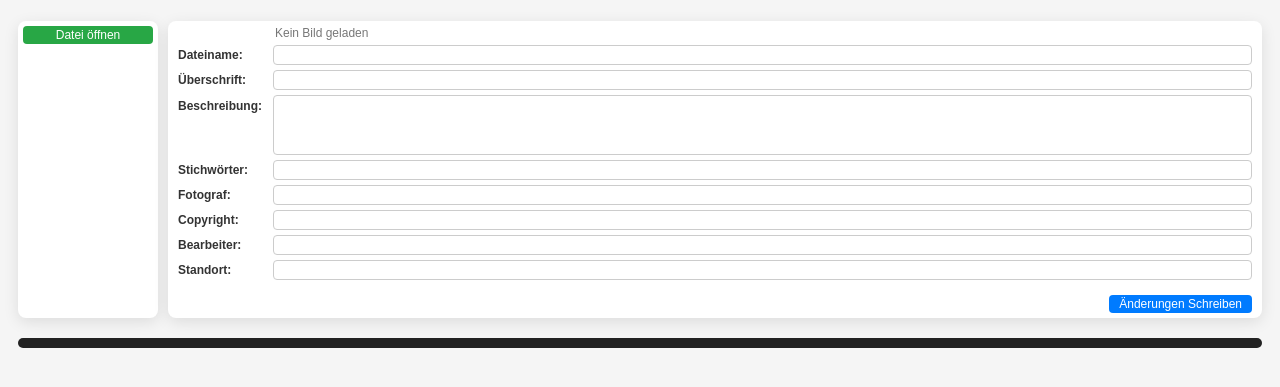
Repository: h-fahle/metadata
Page: ui/index.html
The author's editor kept a copy of each file at every save. The page is drawn from the files as they stood at one save, then again after the next save.
The browser window is 1280 px wide. The pictures show the whole page.

Above is the page before, as saved 2026-08-17 18:15:26.

### ui/index.html
<!DOCTYPE html>
<html lang="de">

<head>
	<meta charset="UTF-8">
	<title>Tauri ExifTool Test</title>
	<link rel="stylesheet" href="style.css">
</head>

<body>

	<div class="main-container">

		<!-- Das Vorschaubild links -->
		<div id="sidebar">
			<button id="file-open" onclick="dateiAuswählen()">Datei öffnen</button>

<!-- 			<select id="menue-oeffnen" onchange="menueAktion(this)" >
				<option value="dateien">🖼️ Bilder öffnen...</option>
				<option value="ordner">📁 Ordner öffnen...</option>
			</select>
 -->
			<img id="vorschau-bild" src="" style="display:none;" />
			<div id="bild-info" style="text-align:center;">
				<span id="img-nummer"></span><br>
				<span id="img-datum"></span><br>
				<span id="img-groesse"></span>
			</div>
		</div>

		<!-- Das Formular rechts -->
		<form action="" method="post">

			<div id="ordner-pfad">Kein Bild geladen</div>

			<p>
				<label for="filename">Dateiname:</label>
				<input type="text" id="filename" name="filename" title="Im Einzelmodus: Änderung des Dateinamens bewirkt Umbenennung der Datei.
Im Stapelmodus: Ordnername is nicht änderbar." />
			</p>
			<p>
				<label for="caption">Überschrift:</label>
				<input type="text" id="caption" name="caption" title="Auch (Dokument-)Titel, Schlagzeile, Headline" />
			</p>
			<p>
				<label for="description">Beschreibung:</label>
				<textarea id="description" name="description" style="min-height: 60px;" title="Beschreibender Text in beliebiger Länge.
(Im Stapelmodus wird der eingegebene Text an vorhandenen angehängt.)
Hinweis: Einige Programme zeigen nur 2.000 Zeichen oder auch weniger an."></textarea>
			</p>
			<p>
				<label for="keywords">Stichwörter:</label>
				<input type="text" id="keywords" name="keywords" title="Komma-separierte Liste. Groß-/Kleinschreibung beachten.
Im Stapelmodus werden die eingegebenen Stichwörter an vorhandene angehängt." />
			</p>
			<p>
				<label for="creator">Fotograf:</label>
				<input type="text" id="creator" name="creator" title="Urheber, Ersteller, Autor
(Tags: Artitst, Creator, By-line)" />
			</p>
			<p>
				<label for="copyright">Copyright:</label>
				<input type="text" id="copyright" name="copyright" title="Urheberrechtshinweis; enthält in der Regel:
Name des Fotografen, Aufnahmejahr und Nutzungsrechte;
(z.B. 'Copyright [1975] [Mustermann], Alle Rechte vorbehalten')" />
			</p>
			<p>
				<label for="editor">Bearbeiter:</label>
				<input type="text" id="editor" name="editor" title="Verfasser der Metadaten
(Tags: Caption Writer, Writer Editor)" />
			</p>
			<p>
				<label for="position">Standort:</label>
				<input type="text" id="position" name="position" title="GPS-Koordinaten in Dezimalgrad (51.49129, 8.43317).
Ermitteln der Koordinaten in der Google Maps-Karte:
  1. mit rechter Maustaste auf den Standort klicken,
  2. auf die angezeigten Koordinaten klicken,
  3. der so gespeicherte Wert kann dann mit Strg+V kopiert werden." />
			</p>

			<!-- NEU: Der Speichern-Button am Ende des Formular-Containers -->
			<div style="text-align: right; margin-top: 15px;">
				<button onclick="exifSchreiben(event)" style="background: #007BFF;">Änderungen Schreiben</button>
			</div>

		</form>
	</div> <!-- Ende des main-containers -->

	<div id="ausgabe"></div>

	<script>

		let aktuellerBildPfad = "";

		async function dateiAuswählen() {
			try {
				const ergebnis = await window.__TAURI__.core.invoke('plugin:dialog|open', {
					options: {
						title: 'Bilddatei für ExifTool auswählen',
						directory: false,
						multiple: false,
						filters: [
							{ name: 'Bilder', extensions: ['jpg', 'jpeg', 'png', 'gif', 'tif', 'tiff', 'webp', 'avif', 'heic', 'heif'] }
						]
					}
				});

				// Wenn der Nutzer nicht abgebrochen hat (ergebnis ist nicht null)
				if (ergebnis) {
					// Falls das Ergebnis ein Objekt ist (z.B. { path: "..." }), holen wir den Pfad heraus,
					// ansonsten nehmen wir den String direkt.
					const pfad = typeof ergebnis === 'object' ? ergebnis.path : ergebnis;

					aktuellerBildPfad = pfad;

					// Sofort automatisch die Metadaten einlesen!
					exifAuslesen();
				}
			} catch (fehler) {
				document.getElementById("ausgabe").innerHTML = "<span style='color: red;'>Dialog-Fehler: " + fehler + "</span>";
			}
		}

		async function exifAuslesen() {
			const pfad = aktuellerBildPfad;
			const ausgabe = document.getElementById("ausgabe");
			const vorschauImg = document.getElementById("vorschau-bild");


			ausgabe.innerText = "Rufe ExifTool auf...";

			try {
				// 1. Metadaten über Rust holen
				const jsonText = await window.__TAURI__.core.invoke('lese_bild_metdaten', { dateipfad: pfad });
				const datenObjekt = JSON.parse(jsonText)[0]; 	// Das 1. JSON-Objekt im JSON-Array in JS-Objekt umwandeln

				document.getElementById('img-nummer').innerText = '# 0/0';
				let datum = datenObjekt.DateTimeOriginal;
				if (typeof datum === 'undefined') {
					datum = '(unbekannt)';
				}
				document.getElementById('img-datum').innerText = '\u{1F4F7} ' + datum || '';
				document.getElementById('img-groesse').innerText = '⤢ ' + datenObjekt.ImageSize || '';

				document.getElementById('filename').value = datenObjekt.FileName || '';
				document.getElementById('caption').value = datenObjekt.CMB_Caption || '';
				document.getElementById('description').value = datenObjekt.Description || '';
				document.getElementById('keywords').value = datenObjekt.Keywords || '';
				document.getElementById('creator').value = datenObjekt.Creator || '';
				document.getElementById('copyright').value = datenObjekt.Copyright || '';
				document.getElementById('editor').value = datenObjekt.CMB_Editor || '';
				document.getElementById('position').value = datenObjekt.GPSPosition || '';

				const vollerPfad = pfad;
				// Erkennt automatisch Linux-Schrägstriche (/) und Windows-Backslashes (\)
				const letzterSlash = Math.max(vollerPfad.lastIndexOf('/'), vollerPfad.lastIndexOf('\\'));
				let ordner = "Unbekannt";
				if (letzterSlash !== -1) {
					ordner = vollerPfad.substring(0, letzterSlash);
				}
				// Den berechneten Ordnerpfad in das neue Label schreiben
				document.getElementById('ordner-pfad').innerText = ordner;

				// Wir nehmen das erste Element der Liste (ExifTool liefert immer ein Array)
				// und stellen es schön formatiert im Browser dar
				// ausgabe.innerText = JSON.stringify(datenObjekt[0], null, 2);
				ausgabe.innerText = jsonText;

				// Wir fragen Rust nach dem besten Weg für das Bild
				const vorschauErgebnis = await window.__TAURI__.core.invoke('hole_vorschaubild', { dateipfad: pfad });

				if (vorschauErgebnis === "STANDARD") {
					// Normales JPG/PNG über das Asset-Protokoll
					const assetUrl = window.__TAURI__.core.convertFileSrc(pfad);
					vorschauImg.src = assetUrl + "?t=" + new Date().getTime();
				} else if (vorschauErgebnis.startsWith("data:[embedded picture, 23 characters]")) {
					// TIF/TIFF über den im RAM kompilierten Rust-Wandler
					vorschauImg.src = vorschauErgebnis;
				}

				vorschauImg.style.display = "block";

			} catch (fehler) {
				ausgabe.innerHTML = "<span style='color: red;'>Fehler: " + fehler + "</span>";
				vorschauImg.style.display = "none";
				infoText.innerText = "Fehler beim Laden";
			}
		}

		async function exifSchreiben(ereignis) {
			if (ereignis) ereignis.preventDefault();  // verbietet dem Browser den automatischen Seiten-Reset!

			const pfad = aktuellerBildPfad;
			const ausgabe = document.getElementById("ausgabe");

			ausgabe.innerText = "Speichere Daten über ExifTool...";

			// Wir sammeln alle aktuellen Werte aus den Eingabefeldern ein
			const daten = {
				dateipfad: pfad,
				filename: document.getElementById('filename').value,
				caption: document.getElementById('caption').value,
				description: document.getElementById('description').value,
				keywords: document.getElementById('keywords').value.split(',').map(s => s.trim()).join(', '),
				creator: document.getElementById('creator').value,
				copyright: document.getElementById('copyright').value,
				editor: document.getElementById('editor').value,
				gps: document.getElementById('position').value
			};

			try {
				// Wir schicken das gesamte Paket an die Rust-Funktion 'schreibe_bild_metdaten'
				const antwort = await window.__TAURI__.core.invoke('schreibe_bild_metdaten', daten);

				// Bei Erfolg zeigen wir die Meldung in grüner Schrift an
				ausgabe.innerHTML = "<span style='color: #00ff00;'>" + antwort + "</span>";

				// 2. Da der Pfad dank preventDefault() jetzt bombenfest im Feld stehen bleibt,
				// funktioniert das Neuladen nun augenblicklich und fehlerfrei!
				await exifAuslesen();

			} catch (fehler) {
				// Falls etwas schiefgeht (z.B. Datei schreibgeschützt), zeigen wir den Fehler an
				ausgabe.innerHTML = "<span style='color: red;'>Fehler beim Speichern: " + fehler + "</span>";
			}
		}

	</script>
</body>

</html>

### ui/style.css
body {
	font-family: sans-serif;
	font-size:12px;
	padding: 3px 10px;
	background: #f5f5f5;
}

button {
	padding: 2px 10px;
	font-size: 12px;
	cursor: pointer;
	background: #28a745;
	color: white;
	border: none;
	border-radius: 4px;
}
select {
	-moz-appearance: none;
	-webkit-appearance: none;
	appearance: none;
	border: none;
	border-radius: 4px;
	background: #28a745;
	color: white;
	width: 120px;
}

#ausgabe {
	margin-top: 20px;
	background: #222;
	color: #00ff00;
	padding: 5px;
	border-radius: 5px;
	font-family: monospace;
	white-space: pre-wrap;
	overflow-x: auto;
}
input#bildpfad {
	width: 350px;
}

/* Der neue Haupt-Container für die Nebeneinander-Ausrichtung */
.main-container {
	margin-top: 10px;
	display: flex;
	flex-direction: row;  /* Elemente nebeneinander */
	gap: 10px;            /* Abstand zwischen Bild und Formular */
	width: 100%;
	box-sizing: border-box;
}

/* Styling für den Bild-Bereich */
#sidebar {
	width: 130px;
	min-width: 130px;
	display: flex;
	flex-direction: column;
  	align-items: center;
  	justify-content: flex-start;
	padding: 5px;
	background-color: #ffffff;
	border-radius: 8px;
	box-shadow: 0 4px 15px rgba(0, 0, 0, 0.1);
}
#file-open {
	 width: 130px;
	 margin-bottom: 10px;
}
#vorschau-bild {
	width: 130px;
	height: auto;
	border: 1px outset gray;
}

/* Container des Formulars */
form {
	flex-grow: 1;
	margin: 0;
	padding: 5px 10px;
	background-color: #ffffff;
	border-radius: 8px;
	box-shadow: 0 4px 15px rgba(0, 0, 0, 0.1);
	font-family: Arial, sans-serif;
}

form p {
	display: flex;
	align-items: center;
	margin: 6px 0;       /* Geringer Zeilenabstand */
	width: 100%;
	margin-top: 5px;    /* Kleiner Abstand nach oben */
	margin-bottom: 5px; /* Kleiner Abstand nach unten */
}

label[for="description"] {
    align-self: flex-start;  /* DIESE ZEILE IST DIE RETTUNG: Richtet NUR dieses Label oben aus! */
    margin-top: 4px;         /* Feinjustierung, damit es perfekt auf der Linie der ersten Textzeile liegt */
}

#ordner-pfad {
	margin-left: 97px;
	margin-bottom: 2px;
	color: #777777;
	font-size: 12px;
	font-family: Arial, sans-serif;
}

/* Feste Breite für die Labels + Linksbündig */
label {
	display: inline-block;
	width: 95px;
	text-align: left;
	font-weight: bold;
	color: #333333;
	flex-shrink: 0; /* Verhindert, dass der Text zusammengedrückt wird */
}

/* Eingabefelder füllen den restlichen Platz der Zeile aus */
input[type="text"],
textarea {
	flex-grow: 1; /* Alle Felder starten exakt an der gleichen Linie */
	width: 100%;
	min-width: 0;
	padding: 2px;
	border: 1px solid #cccccc;
	border-radius: 4px;
	box-sizing: border-box;
	font-size: 12px;
}
textarea {
    /* DIESE BEIDEN ZEILEN LÖSEN DAS LINUX-PROBLEM ENDGÜLTIG: */
    field-sizing: content;   /* Die Box wächst automatisch zeilenweise mit! */
    overflow: hidden;        /* Schaltet Scrollbalken und damit den Bug komplett ab */
    resize: none;            /* Der Nutzer muss nicht mehr manuell ziehen */
}

/* Aktives Feld bei Klick */
input:focus,
textarea:focus {
	border-color: #007BFF;
	outline: none;
	box-shadow: 0 0 5px rgba(0, 123, 255, 0.5);
}

/* Der Absendeknopf richtet sich nach den Eingabefeldern aus */
.button-group {
	display: flex;
	justify-content: flex-end;
}

button[type="submit"] {
	width: 200px;
	padding: 12px;
	background-color: #007BFF;
	color: white;
	border: none;
	border-radius: 4px;
	font-size: 16px;
	cursor: pointer;
	transition: background-color 0.3s ease;
}
button[type="submit"]:hover {
	background-color: #0056b3;
}

After the next save:
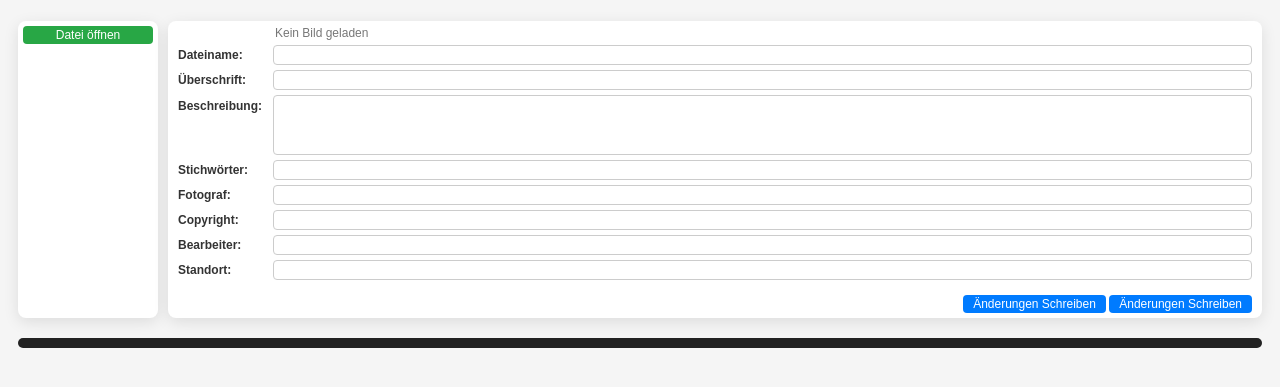
Saved 6 min 52 s later.
--- a/ui/index.html
+++ b/ui/index.html
@@ -81,6 +81,7 @@ Ermitteln der Koordinaten in der Google Maps-Karte:
 			<!-- NEU: Der Speichern-Button am Ende des Formular-Containers -->
 			<div style="text-align: right; margin-top: 15px;">
 				<button onclick="exifSchreiben(event)" style="background: #007BFF;">Änderungen Schreiben</button>
+				<button onclick="exifSchreiben(event)" style="background: #007BFF;">Änderungen Schreiben</button>
 			</div>
 
 		</form>
